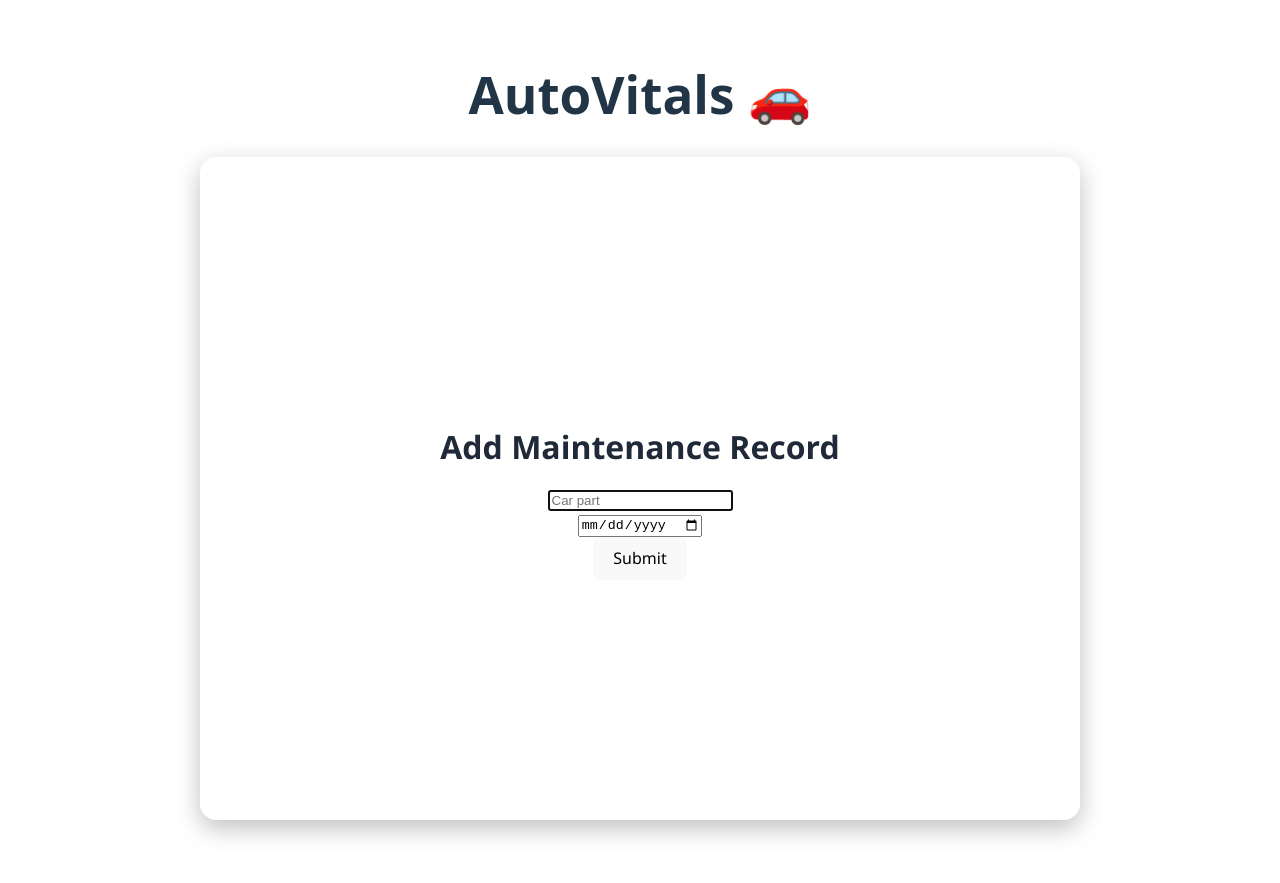
Repository: YoussefAzmires/wevdebautovitals
Page: / (app in frontend/)
The author's editor kept a copy of each file at every save. The page is drawn from the files as they stood at one save, then again after a run of saves.
The browser window is 1280 px wide. The pictures show the whole page.
The first visible `input` has the focus.
The project was rebuilt for these pictures with package versions that can differ from the ones it lists, and the page was loaded fresh each time. Also part of the build but not shown: frontend/vite.config.ts.

Above is the page before, as saved 2025-04-13 15:50:48.

After the next 3 saves:
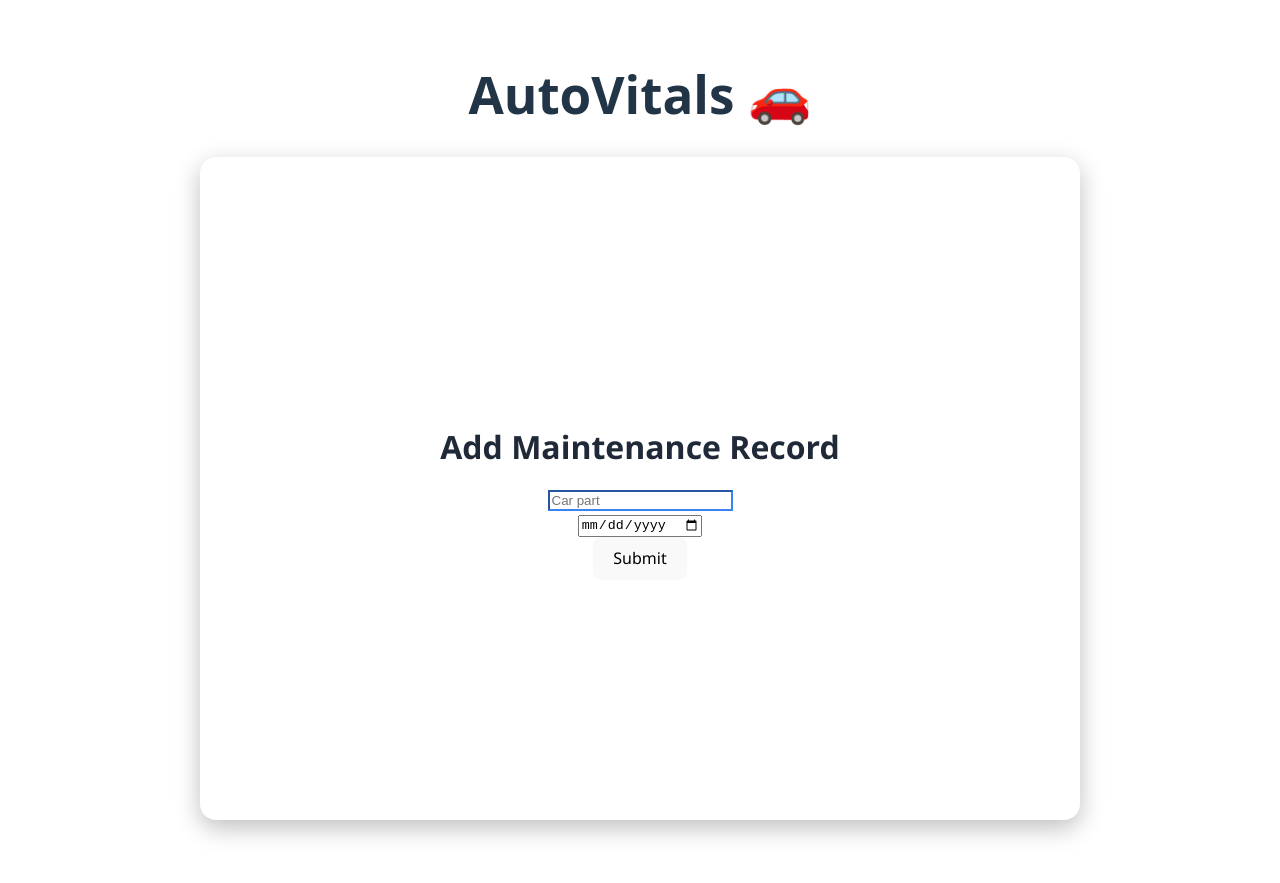
The 3 saves are shown as one change because they came seconds apart.
The last was saved 16 s later.
--- a/frontend/src/components/AddMaintenanceRecordsForm/AddMaintenanceRecordsForm.css
+++ b/frontend/src/components/AddMaintenanceRecordsForm/AddMaintenanceRecordsForm.css
@@ -20,3 +20,9 @@ label {
   color: #374151;
   font-weight: 600;
 }
+
+input:focus {
+  border-color: #3b82f6;
+  outline: none;
+  background-color: #fff;
+}
